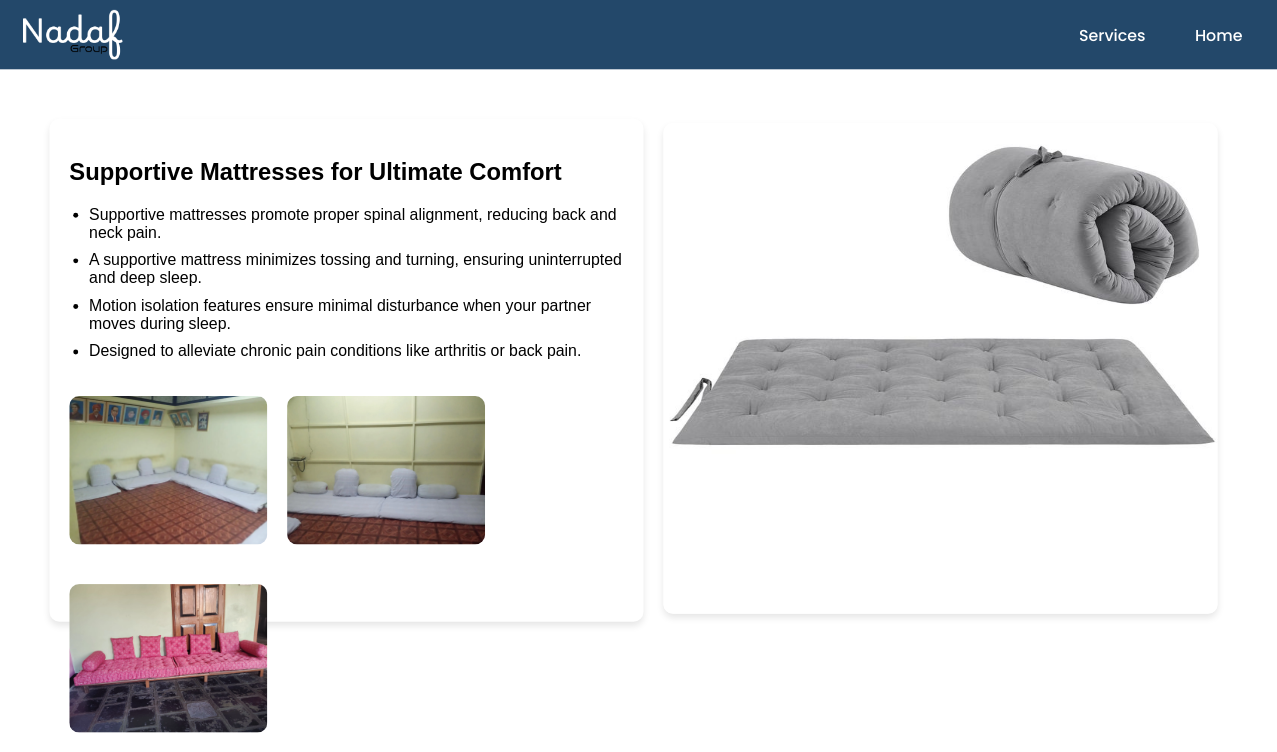
Repository: nadafgroup/rashidgadiUI
Page: src/rent.html
The author's editor kept a copy of each file at every save. The page is drawn from the files as they stood at one save, then again after the next save.
The browser window is 1280 px wide. The page is 1290 px wide, so the pictures cover 1290 px, including what lies to the right of the window. The pictures show the whole page, at 99% of full size.

Above is the page before, as saved 2025-01-29 16:09:14.
Console error: TypeError: Cannot read properties of null (reading 'addEventListener')

### src/rent.html
<!DOCTYPE html>
<html lang="en">
<head>
    <meta charset="UTF-8">
    <meta name="viewport" content="width=device-width, initial-scale=1.0">
    <title>Mattresses</title>
   <link rel="stylesheet" href="./products.css">
</head>
<body>
    <header>
        <div class="logo">
            <img src="../assets/img/logo2.png" class="logo" alt="">
        </div>

        <div class="nav-right">
            <ul>


                <li class="dropdown">
                    <a href="#" class="dropbtn">Services</a>
                    <div class="dropdown-content">
                        <a href="./bed.html">Bed Mattresses</a>
                        <a href="./pillow.html">Pillow Mattresses</a>
                        <a href="./sofa.html">Sofa Mattresses</a>
                        <a href="./repair.html">Mattresses Repair </a>
                        <a href="./rent.html">Mattresses Rent</a>
                        <a href="./furniture.html">Furniture</a>
                    </div>
                </li>
                <li><a href="./home.html">Home</a></li>
            </ul>
        </div>

    </header>

    <div class="container" style="padding-bottom: 15px;">
        <div class="info" style="height: 65vh; width: 70vw;" >
            <h2>Supportive Mattresses for Ultimate Comfort</h2>
            <ul>
                <li>Supportive mattresses promote proper spinal alignment, reducing back and neck pain.</li>
                <li>A supportive mattress minimizes tossing and turning, ensuring uninterrupted and deep sleep.</li>
                <li>Motion isolation features ensure minimal disturbance when your partner moves during sleep.</li>
                <li>Designed to alleviate chronic pain conditions like arthritis or back pain.</li>
            </ul>

            <div class="rent-gallery">
                <img src="../assets/img/real img/r2.webp" class="rent-img" alt="Gallery Image 1">
                <img src="../assets/img/real img/r3.webp"  class="rent-img" alt="Gallery Image 2">
                <img src="../assets/img/real img/r8.webp"  class="rent-img" alt="Gallery Image 3">
            </div>


        </div>

        <div class="image-container">
            <img src="../assets/img/rent.jpg" alt="Mattress" style="height: 69vh;">
        </div>
    </div>



     <!-- Modal for displaying images in full screen -->
<div id="imageModal" class="modal">
<span class="close" id="closeModal">&times;</span>
<img class="modal-content" id="modalImage" alt="Full-size image">
</div>

    <script src="./products.js"></script>
</body>

</html>

### src/products.css
@font-face {
    font-family: 'poppins';
    src: url('../assets/fonts/Poppins/Poppins-Medium.ttf') format('truetype');
}

@font-face {
    font-family: 'inter';
    src: url('../assets/fonts/Inter/Inter-VariableFont_opsz\,wght.ttf') format('truetype');
}

@font-face {
    font-family: 'Exo';
    src: url('../assets/fonts/Exo2-VariableFont_wght.ttf') format('truetype');
}

body {
    margin: 0;
    padding: 0;
    overflow-x: hidden; /* Prevent horizontal scrolling */
    font-family: Arial, sans-serif;
    display: flex;
    flex-direction: column;
    align-items: center;
    /* background: linear-gradient(to bottom, #f9f9f9, #e0e0e0); */
    height: 100vh;
}

header {
    width: 100%;
    padding: 10px;
    display: flex;
    justify-content: space-between;
    align-items: center;
    background-color: #23486A;
    color: white;
    font-size: 1rem;
}

.nav-right ul {
    display: flex;
    list-style: none;
    margin: 0;
    padding: 0;
}

.nav-right ul li {
    margin: 0 15px;
}

.nav-right ul li a {
    text-decoration: none;
    color: white;
    padding: 10px;
    transition: 0.3s;
    font-family: 'poppins';
}

.nav-right ul li a:hover {
    background-color: #5c6bc0;
    border-radius: 5px;
}

.nav-right ul li.dropdown {
    position: relative;
}

.nav-right ul li.dropdown:hover .dropdown-content {
    display: block;
}

.nav-right ul li .dropdown-content {
    display: none;
    position: absolute;
    background-color: #3f51b5;
    min-width: 160px;
    z-index: 1;
    border-radius: 5px;
}

.nav-right ul li .dropdown-content a {
    padding: 10px;
    color: white;
    text-decoration: none;
    display: block;
}

.nav-right ul li .dropdown-content a:hover {
    background-color: #5c6bc0;
}

.logo {
    width: auto;
    height: 50px;
    margin-left: 10px;
    margin-bottom: 0px;
}

.container {
    display: flex;
    flex-direction: row;
    justify-content: center;
    align-items: center;
    padding: 50px;
    gap: 20px;
}

.info {
    flex: 1;
    padding: 20px;
    background: white;
    border-radius: 10px;
    box-shadow: 0 4px 8px rgba(0, 0, 0, 0.1);
    animation: slideInLeft 1s;
}

.info ul {
    list-style: disc;
    padding-left: 20px;
}

.info ul li {
    margin: 10px 0;
}

.image-container {
    flex: 1;
    animation: slideInRight 1s;
}

.image-container img {
    width: 100%;
    border-radius: 10px;
    box-shadow: 0 4px 8px rgba(0, 0, 0, 0.1);
}

.gallery {
    width: 90%;
    margin: 30px auto;
    display: flex;
    flex-wrap: wrap;
    gap: 10px;
    justify-content: center;
    animation: fadeIn 1.5s;
}

.gallery img {
    width: 200px;
    height: 150px;
    object-fit: cover;
    border-radius: 10px;
    margin: 20px;
    transition: transform 0.3s;
}

.gallery img:hover {
    transform: scale(1.1);
}


.rent-gallery {
    width: 90%;
    display: flex;
    flex-wrap: wrap;

    animation: fadeIn 1.5s;
}

.rent-gallery .rent-img {
    width: 200px;
    height: 150px;
    object-fit: cover;
    border-radius: 10px;
    margin: 20px;
    margin-left: 0px;
    /* margin-top: 0px; */
    transition: transform 0.3s;
}

/* Modal Styles */
.modal {
    display: none; /* Hidden by default */
    position: fixed;
    z-index: 1; /* Sit on top */
    left: 0;
    top: 0;
    width: 100%; /* Full width */
    height: 100%; /* Full height */
    overflow: auto;
    background-color: rgb(0, 0, 0); /* Black background with opacity */
    background-color: rgba(0, 0, 0, 0.8); /* Transparent black */
    padding-top: 60px;
}

.modal-content {
    margin: auto;
    display: block;
    width: 80%;
    max-width: 700px;
    border-radius: 10px;
}

.close {
    color: #fff;
    font-size: 40px;
    font-weight: bold;
    position: absolute;
    top: 15px;
    right: 35px;
    cursor: pointer;
    transition: 0.3s;
}

.close:hover,
.close:focus {
    color: #f1f1f1;
    text-decoration: none;
    cursor: pointer;
}

@keyframes fadeIn {
    from { opacity: 0; }
    to { opacity: 1; }
}

@keyframes slideInLeft {
    from { transform: translateX(-100%); }
    to { transform: translateX(0); }
}

@keyframes slideInRight {
    from { transform: translateX(100%); }
    to { transform: translateX(0); }
}

/* Media Queries for Responsiveness */
@media (max-width: 768px) {
    .container {
        flex-direction: column; /* Switch to column layout */
        padding: 20px;
    }

    .info, .image-container {
        flex: none; /* Reset flex behavior */
        width: 100%;
    }

    .gallery img {
        width: 100%; /* Make gallery images take full width on small screens */
        height: auto;
    }
}

@media (max-width: 480px) {
    header {
        flex-direction: column;
        align-items: center;
    }

    .nav-right ul {
        flex-direction: column;
        align-items: center;
    }

    .nav-right ul li {
        margin: 10px 0;
    }

    .logo {
        margin: 10px 0;
    }
}

### src/products.js
// Toggle the mobile menu when the hamburger icon is clicked
document.getElementById('hamburger').addEventListener('click', function() {
    const menu = document.getElementById('menu');
    menu.classList.toggle('active');
});

After the next save:
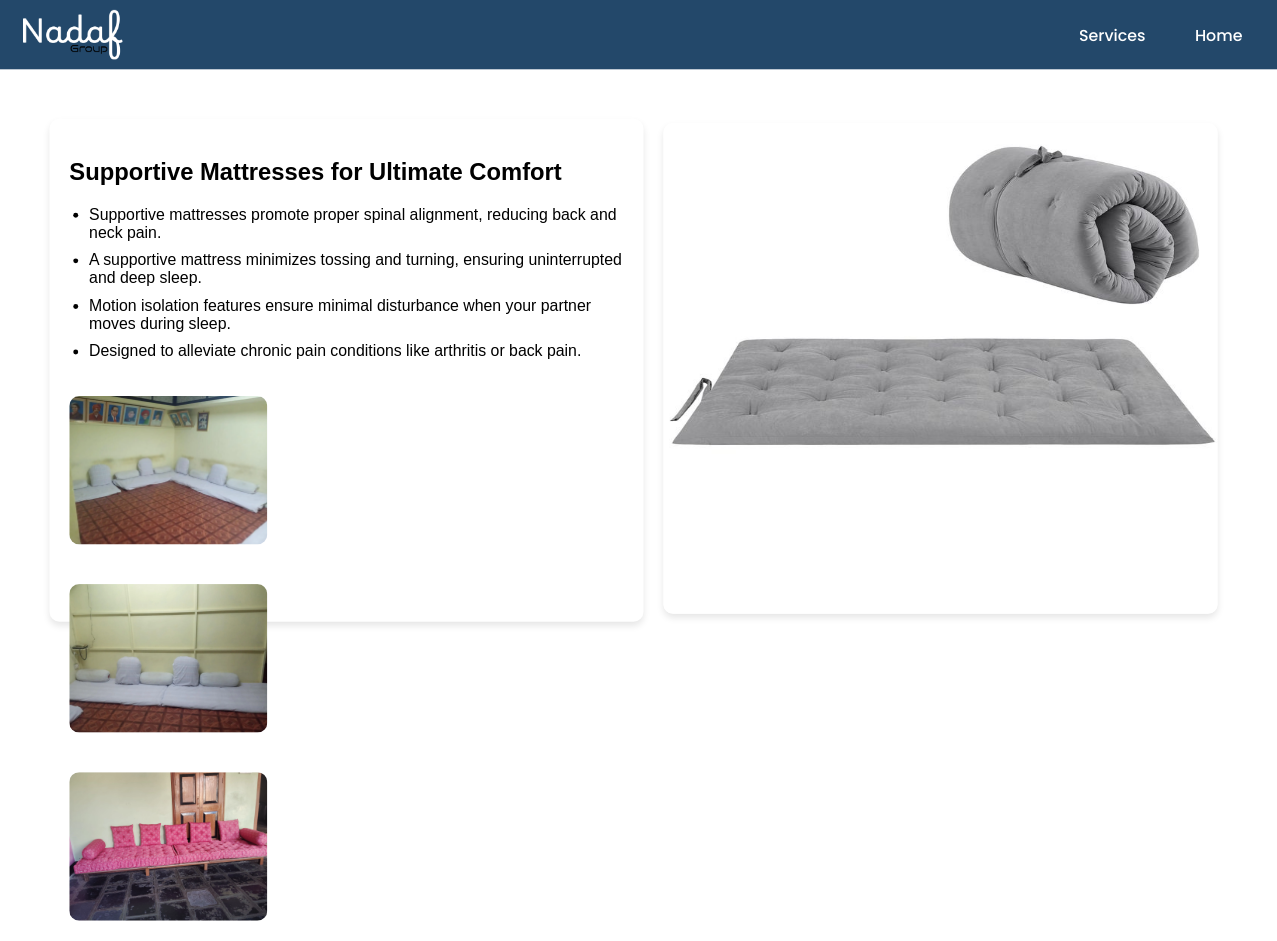
Saved 8 s later.
--- a/src/products.css
+++ b/src/products.css
@@ -158,7 +158,7 @@
 
 
 .rent-gallery {
-    width: 90%;
+    width: 50%;
     display: flex;
     flex-wrap: wrap;
 

After the 2 saves that followed:
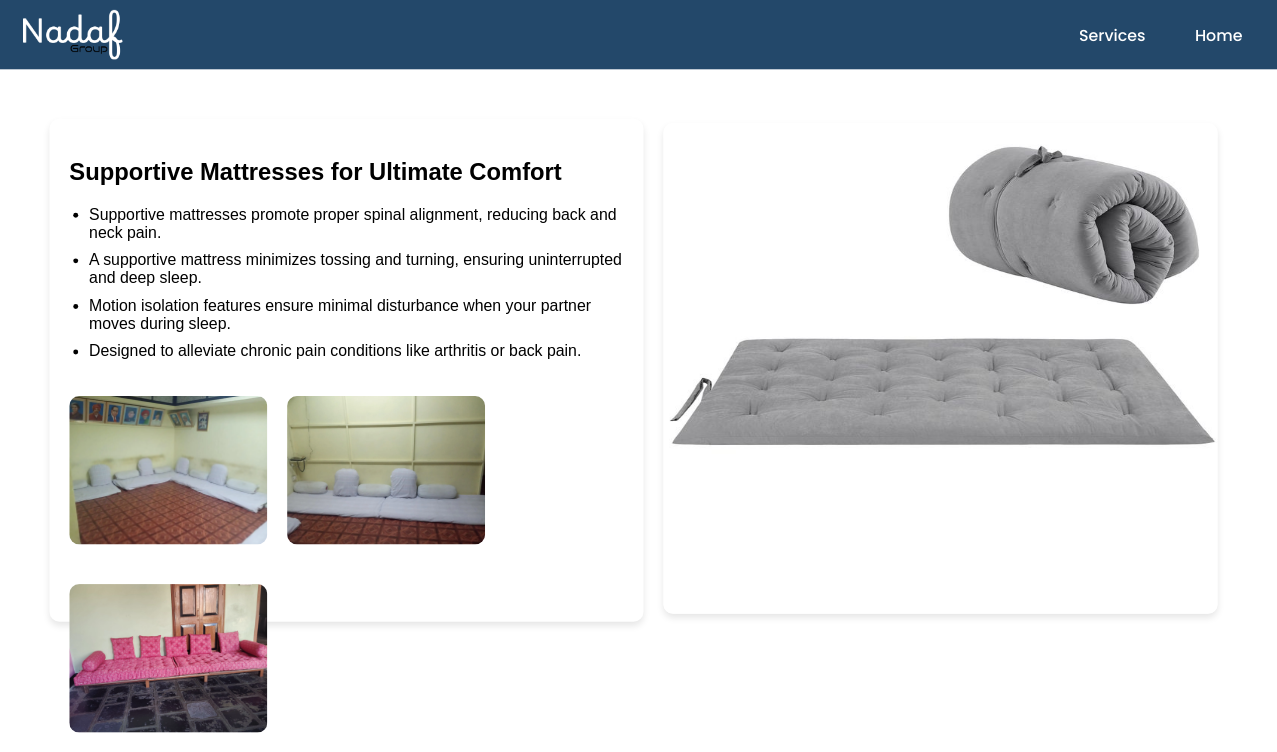
The 2 saves are shown as one change because 1 left the picture as it was.
The last was saved 10 s later.
--- a/src/products.css
+++ b/src/products.css
@@ -158,7 +158,7 @@
 
 
 .rent-gallery {
-    width: 50%;
+    width: 80%;
     display: flex;
     flex-wrap: wrap;
 
